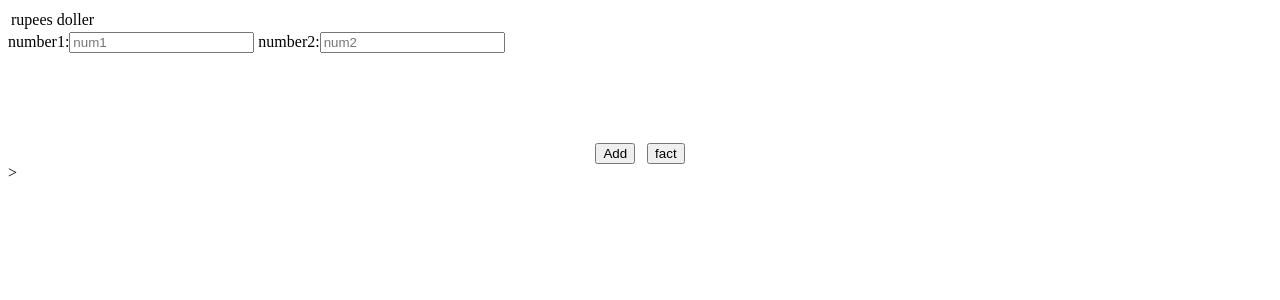
Repository: ravikumar0303/Advance-Java
Page: Factorial/src/main/webapp/factorial.html
The author's editor kept a copy of each file at every save. The page is drawn from the files as they stood at one save, then again after the next save.
The browser window is 1280 px wide. The pictures show the whole page.

Above is the page before, as saved 2023-06-21 04:16:51.

### Factorial/src/main/webapp/factorial.html
<!DOCTYPE html>
<html>
<head>
<meta charset="ISO-8859-1">
<title>Insert title here</title>
</head>
<body>
<form action="cal" method="get">
<table>
<tr><td>rupees</td><td>doller</td></tr></table>
 number1:<input type="text" name="dollar" id="d1" placeholder="num1"></input>
 number2:<input type="text" name="inr" id="i1" placeholder="num2"></input>
  <br></br>  <br></br>  <br></br>
  <center>
<button type="submit" id="dollar" name="btn" value="add">Add</button>
 &nbsp;
<button type="submit" id="inr" name="btn" value="factorial">fact</button>
</center>>
</form>
</body>
</html>

After the next save:
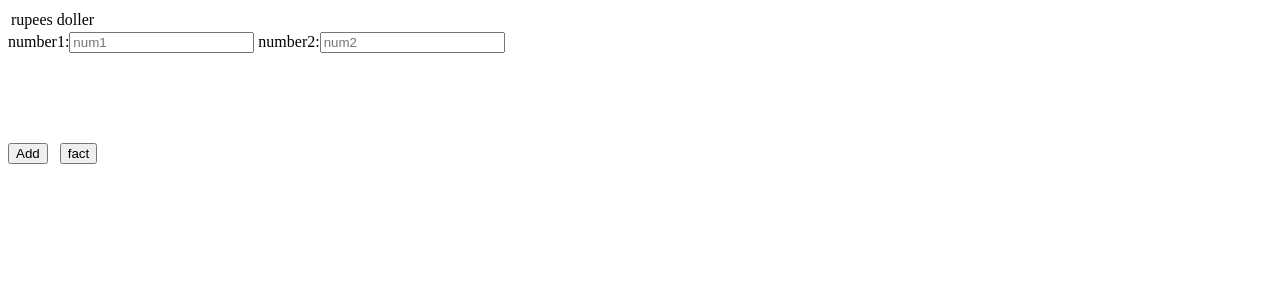
Saved 16 s later.
--- a/Factorial/src/main/webapp/factorial.html
+++ b/Factorial/src/main/webapp/factorial.html
@@ -11,11 +11,11 @@
  number1:<input type="text" name="dollar" id="d1" placeholder="num1"></input>
  number2:<input type="text" name="inr" id="i1" placeholder="num2"></input>
   <br></br>  <br></br>  <br></br>
-  <center>
+
 <button type="submit" id="dollar" name="btn" value="add">Add</button>
  &nbsp;
 <button type="submit" id="inr" name="btn" value="factorial">fact</button>
-</center>>
+
 </form>
 </body>
 </html>
